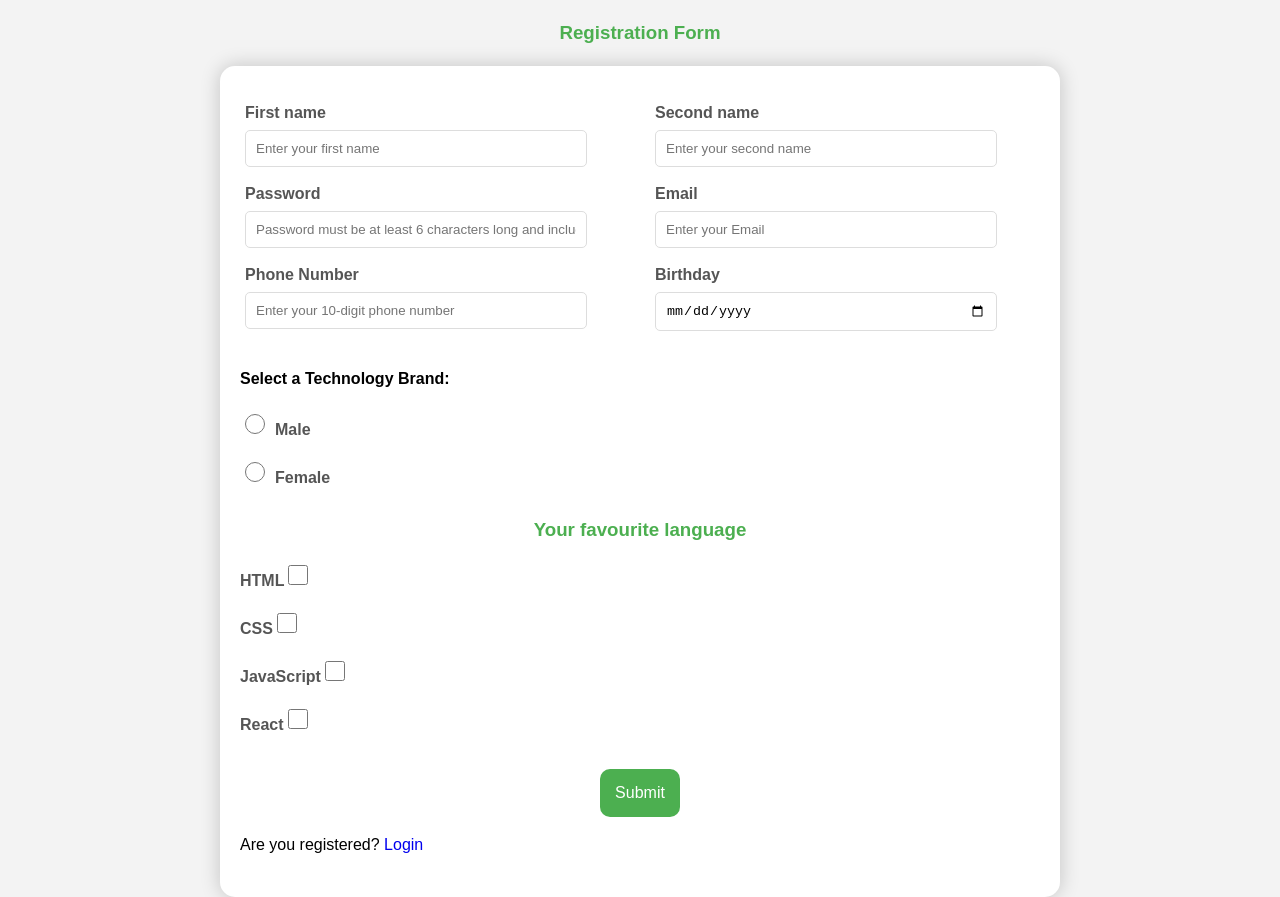
Repository: alizey12/Regestratin-Form-js
Page: regester.html
An editor plug-in stored every save of this project. The page is shown before and after the next save, followed by the edit.
The browser window is 1280 px wide. The pictures show the whole page.

Above is the page before, as saved 2024-11-29 20:34:42.

After the next save:
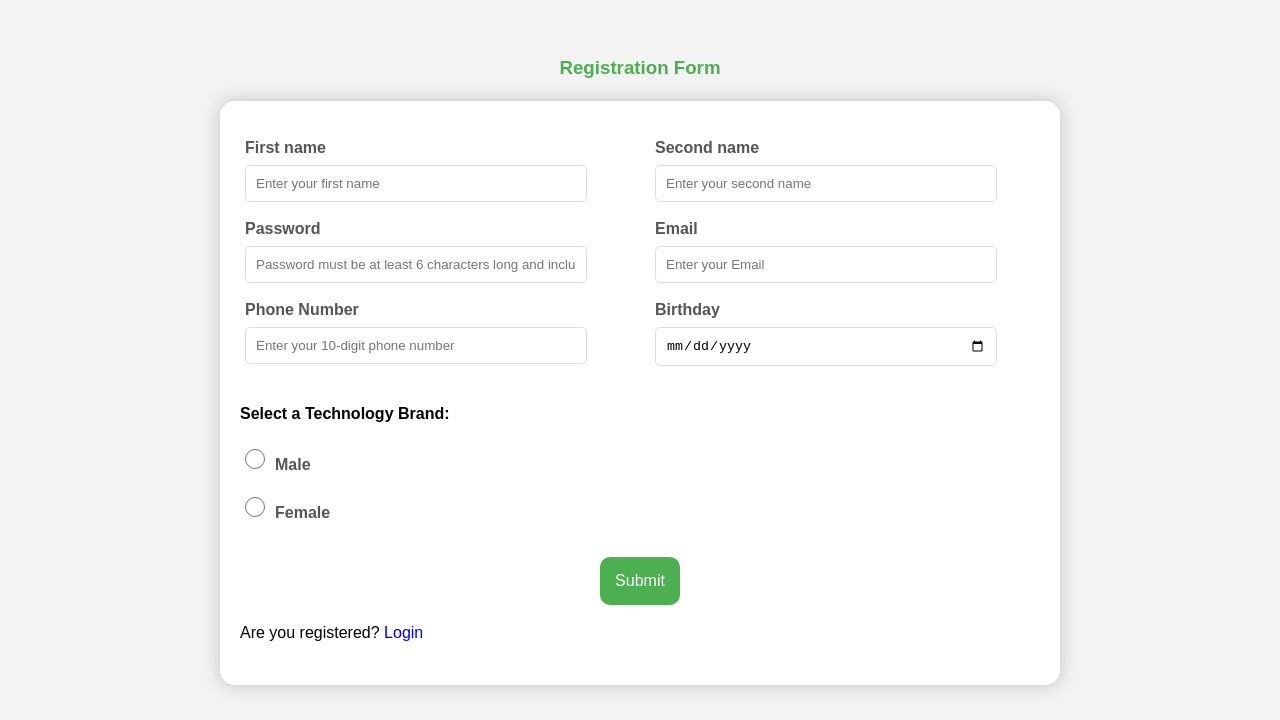
Saved 16 s later.
--- a/regester.html
+++ b/regester.html
@@ -60,7 +60,7 @@
 
             </div>
 
-            <h3 class="heading">Your favourite language</h3>
+            <!-- <h3 class="heading">Your favourite language</h3>
             <label class="container">
                 HTML
                 <input type="checkbox" name="language" value="HTML">
@@ -76,7 +76,7 @@
             <label class="container">
                 React
                 <input type="checkbox" name="language" value="React">
-            </label>
+            </label> -->
 
             <div class="wrap">
                 <button type="submit">Submit</button>
